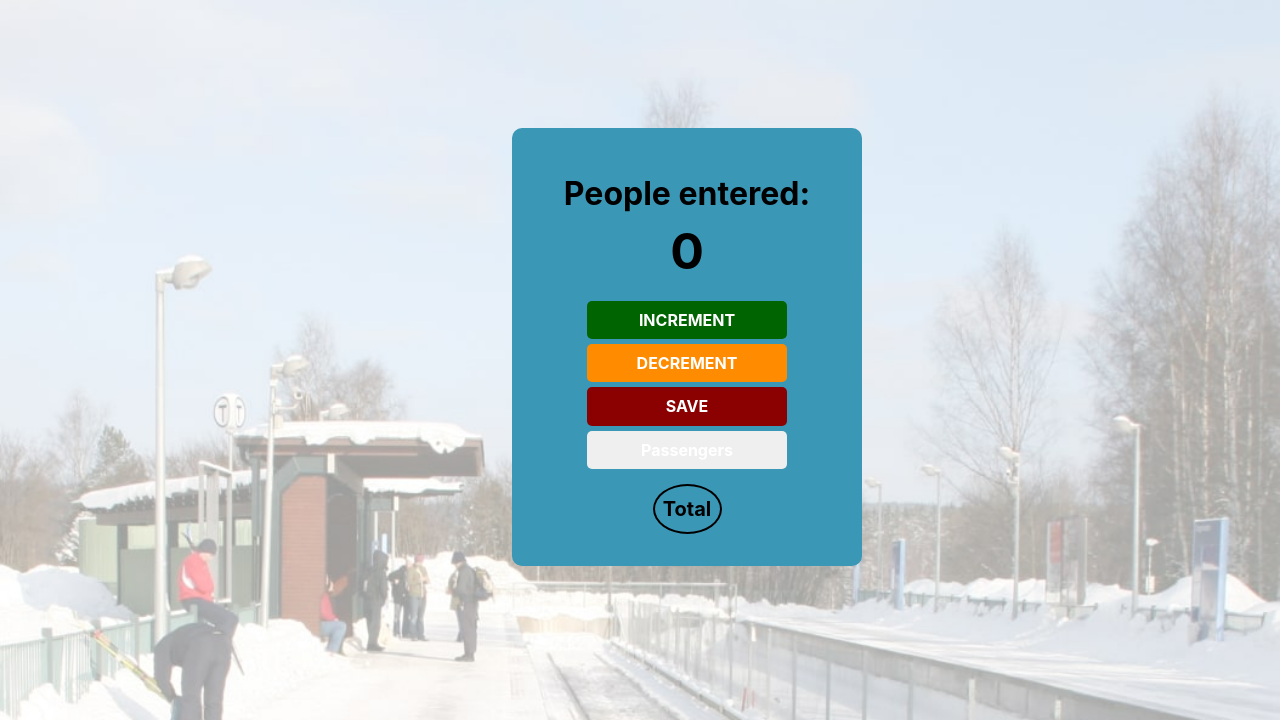
Repository: Siphamandla201/Javascript-Journey
Page: CounterApp/Counter.html
These files come from the project's save history. The page is drawn as it stood at one moment and after a run of saves; the edit follows.
The browser window is 1280 px wide. The pictures show the whole page.

Above is the page before, as saved 2023-07-28 09:59:24.

After the next 2 saves:
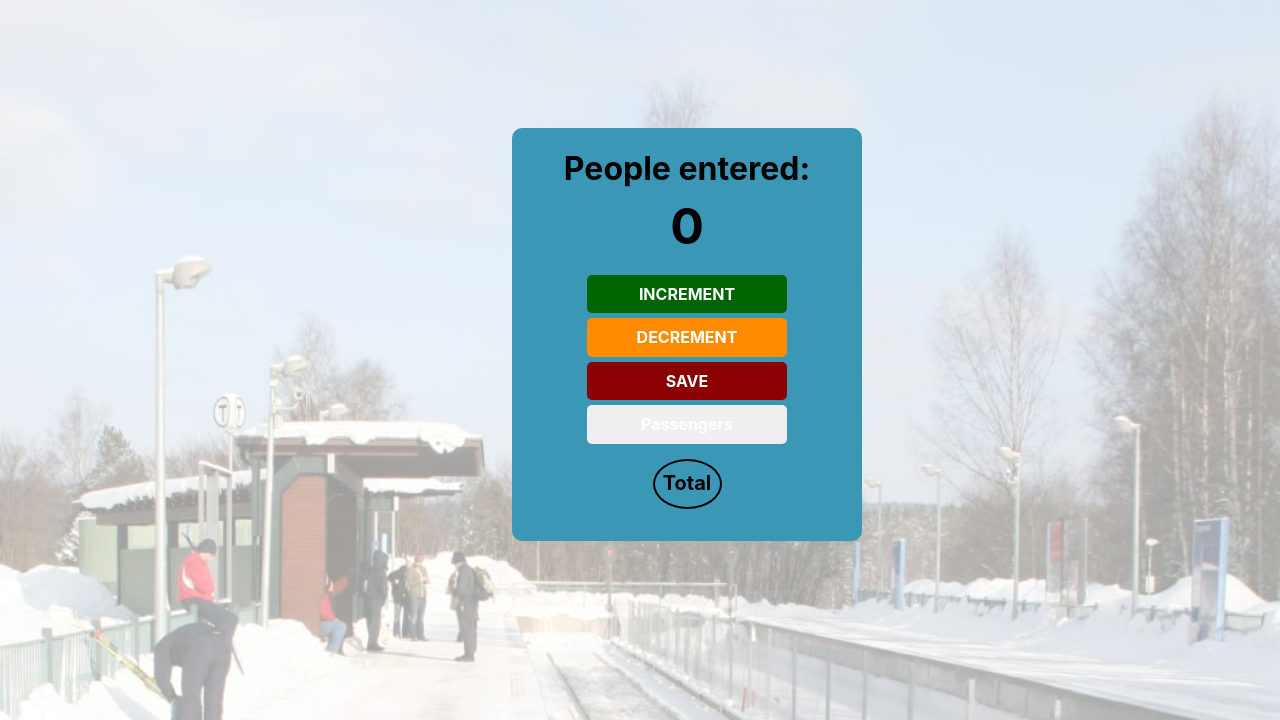
The 2 saves are shown as one change because they came seconds apart.
The last was saved 40 s later.
--- a/CounterApp/Counter.css
+++ b/CounterApp/Counter.css
@@ -12,7 +12,7 @@ main {
     width: 350px;
     height: 400px;
     margin-left: 40%;
-    padding-top: 3%;
+    padding-top: 1%;
     border-radius: 10px;
     display: flex;
     align-items: center;
